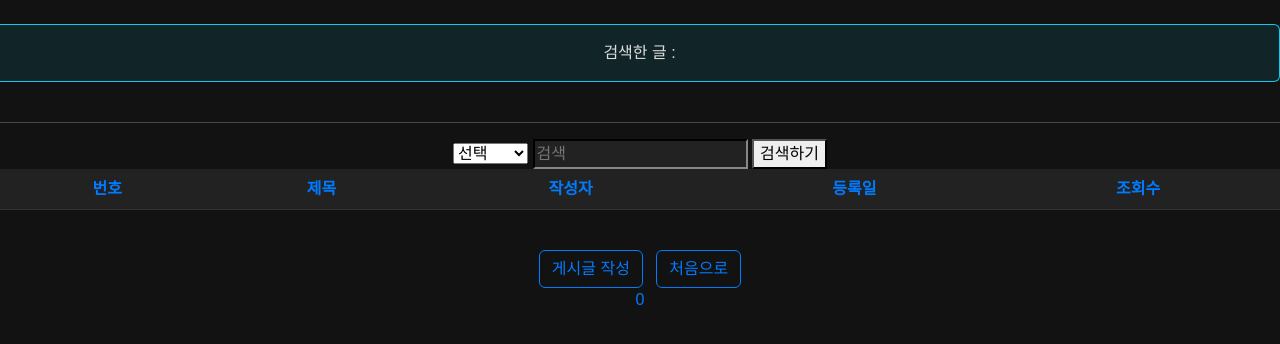
Repository: bbqju13/simai
Page: http://localhost/zip/WEB-INF/views/board/list.jsp
These files come from the project's save history. The page is drawn as it stood at one moment and after the next save; the edit follows.
The browser window is 1280 px wide. The pictures show the whole page.
The page is served by Tomcat 9. Nobody is signed in. Other server files are loaded and not shown. The template is opened directly, without the code that normally fills it, so the values that code supplies are empty.

Above is the page before, as saved 2023-06-19 06:10:36.

### zip/src/main/webapp/WEB-INF/views/board/list.jsp
<%@ page language="java" contentType="text/html; charset=UTF-8"
	pageEncoding="UTF-8"%>
<%@ taglib uri="http://java.sun.com/jsp/jstl/core" prefix="c"%>
<!DOCTYPE html>
<html>
<head>
<meta charset="UTF-8">
<link
	href="https://cdn.jsdelivr.net/npm/bootstrap@5.2.3/dist/css/bootstrap.min.css"
	rel="stylesheet"
	integrity="sha384-rbsA2VBKQhggwzxH7pPCaAqO46MgnOM80zW1RWuH61DGLwZJEdK2Kadq2F9CUG65"
	crossorigin="anonymous">
<script
	src="https://cdn.jsdelivr.net/npm/bootstrap@5.2.3/dist/js/bootstrap.bundle.min.js"
	integrity="sha384-kenU1KFdBIe4zVF0s0G1M5b4hcpxyD9F7jL+jjXkk+Q2h455rYXK/7HAuoJl+0I4"
	crossorigin="anonymous"></script>
<link rel="stylesheet" href="/resources/css/list.css">
<title>Board list</title>
</head>
<body class="text-center">

	<br>
	<div
		class="p-3 bg-info bg-opacity-10 border border-info border-start-0 rounded-end">
		<span>검색한 글 : ${ph.totalCnt }</span>
	</div>
	<br>
	<hr>
	<form action="/board/list" method="get">
		<div>
			<c:set value="${ph.pgvo.type }" var="typed"></c:set>
			<select name="type">
				<option ${typed == null ? 'selected' : ''}>선택</option>
				<option value="t" ${typed eq 't' ? 'selected' : '' }>|제목|</option>
				<option value="c" ${typed eq 'c' ? 'selected' : '' }>|내용|</option>
				<option value="w" ${typed eq 'w' ? 'selected' : '' }>|작성자|</option>
			</select> <input type="text" name="keyword" placeholder="검색"> <input
				type="hidden" name="pageNo" value="${ph.pgvo.pageNo }"> <input
				type="hidden" name="qty" value="${ph.pgvo.qty }">
			<button type="submit">검색하기</button>
		</div>
	</form>

	<table class="table table-striped">
		<thead>
			<tr>
				<th>번호</th>
				<th>제목</th>
				<th>작성자</th>
				<th>등록일</th>
				<th>조회수</th>
			</tr>
		</thead>
		<tbody>
			<c:forEach items="${list }" var="board">
				<tr>
					<td>${board.bno }</td>
					<td><a href="/board/detail?bno=${board.bno }">
							${board.title }</a></td>
					<td>${board.writer }</td>
					<td>${board.reg_date }</td>
					<td>${board.read_cnt }</td>
				</tr>
			</c:forEach>
		</tbody>
	</table>
	<br>
	<div class="btn-group" role="group" aria-label="Basic outlined example">
		<a href="/board/register">
			<button type="button" class="btn btn-outline-primary">게시글 작성</button>
		</a> &nbsp &nbsp <a href="/">
			<button type="button" class="btn btn-outline-primary">처음으로</button>
		</a>
	</div>
	<div>
		<c:if test="${ph.prev }">
			<a
				href="/board/list?pageNo=${ph.startPage - 1 }&qty=${ph.pgvo.qty}&type=${ph.pgvo.type}&keyword=${ph.pgvo.keyword}">◀
				| </a>
		</c:if>

		<c:forEach begin="${ph.startPage }" end="${ph.endPage }" var="i">
			<a
				href="/board/list?pageNo=${i }&qty=${ph.pgvo.qty}&type=${ph.pgvo.type}&keyword=${ph.pgvo.keyword}">
				${i } </a>
		</c:forEach>


		<c:if test="${ph.next }">
			<a
				href="/board/list?pageNo=${ph.endPage + 1 }&qty=${ph.pgvo.qty}&type=${ph.pgvo.type}&keyword=${ph.pgvo.keyword}">
				| ▶</a>
		</c:if>
	</div>
</body>
</html>

### zip/src/main/webapp/resources/css/list.css
@charset "UTF-8";

body {
	background-color: #121212;
	color: #ddd;
	font-family: Arial, sans-serif;
	margin: 0;
	padding: 0;
	box-sizing: border-box;
}

.container {
	max-width: 960px;
	margin: 0 auto;
	padding: 20px;
}

.table {
	background-color: #222;
	border-color: #333;
	transition: all 0.3s ease;
}

.table:hover {
	transform: scale(1.01);
	box-shadow: 0px 0px 10px rgba(0, 123, 255, 0.7);
}

.table thead th {
	color: #007bff;
}

.btn-outline-primary {
	border-color: #007bff;
	color: #007bff;
	background-color: transparent;
	transition: all 0.3s ease;
}

.btn-outline-primary:hover {
	background-color: #007bff;
	color: #fff;
	box-shadow: 0px 0px 10px rgba(255, 255, 255, 0.7);
}

a, a:hover {
	color: #007bff;
	text-decoration: none;
}

input[type="text"], select.form-select {
	background-color: #222;
	color: #ddd;
	border-color: #333;
}

After the next save:
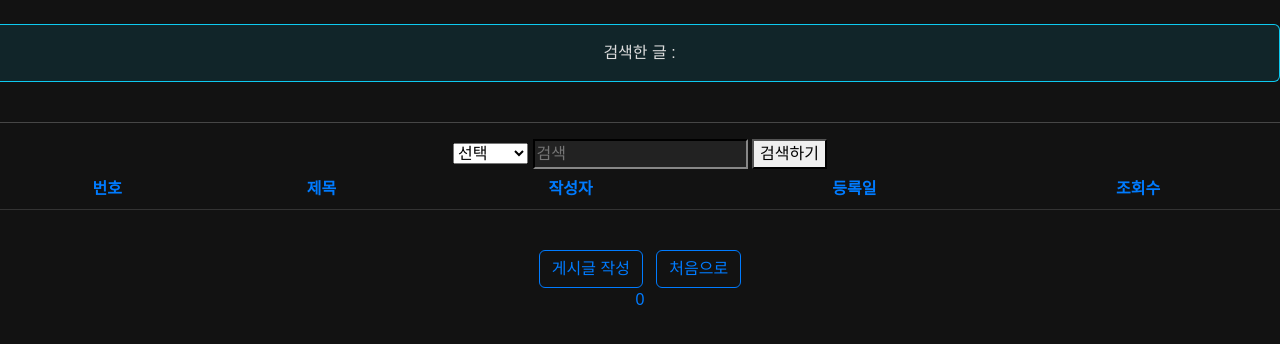
Saved 6 s later.
--- a/zip/src/main/webapp/resources/css/list.css
+++ b/zip/src/main/webapp/resources/css/list.css
@@ -16,7 +16,6 @@
 }
 
 .table {
-	background-color: #222;
 	border-color: #333;
 	transition: all 0.3s ease;
 }

After the save that followed:
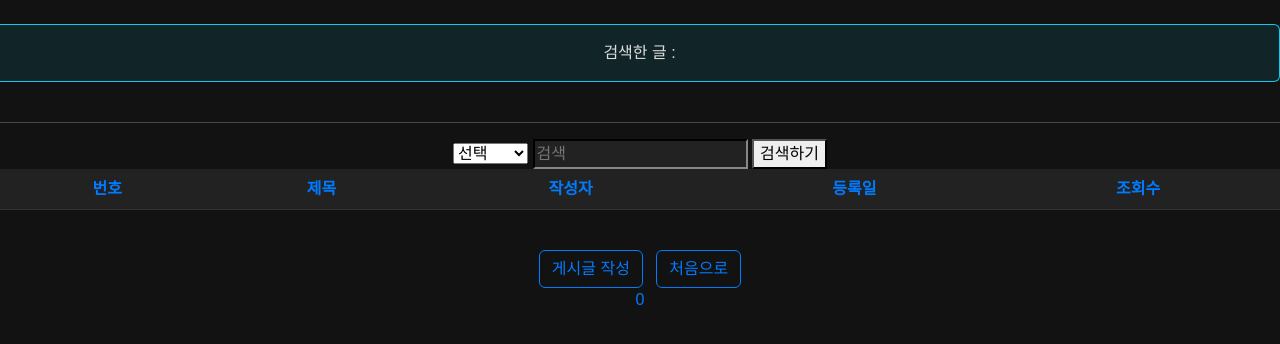
Saved 8 s later.
--- a/zip/src/main/webapp/resources/css/list.css
+++ b/zip/src/main/webapp/resources/css/list.css
@@ -16,6 +16,7 @@
 }
 
 .table {
+	background-color: #222;
 	border-color: #333;
 	transition: all 0.3s ease;
 }
